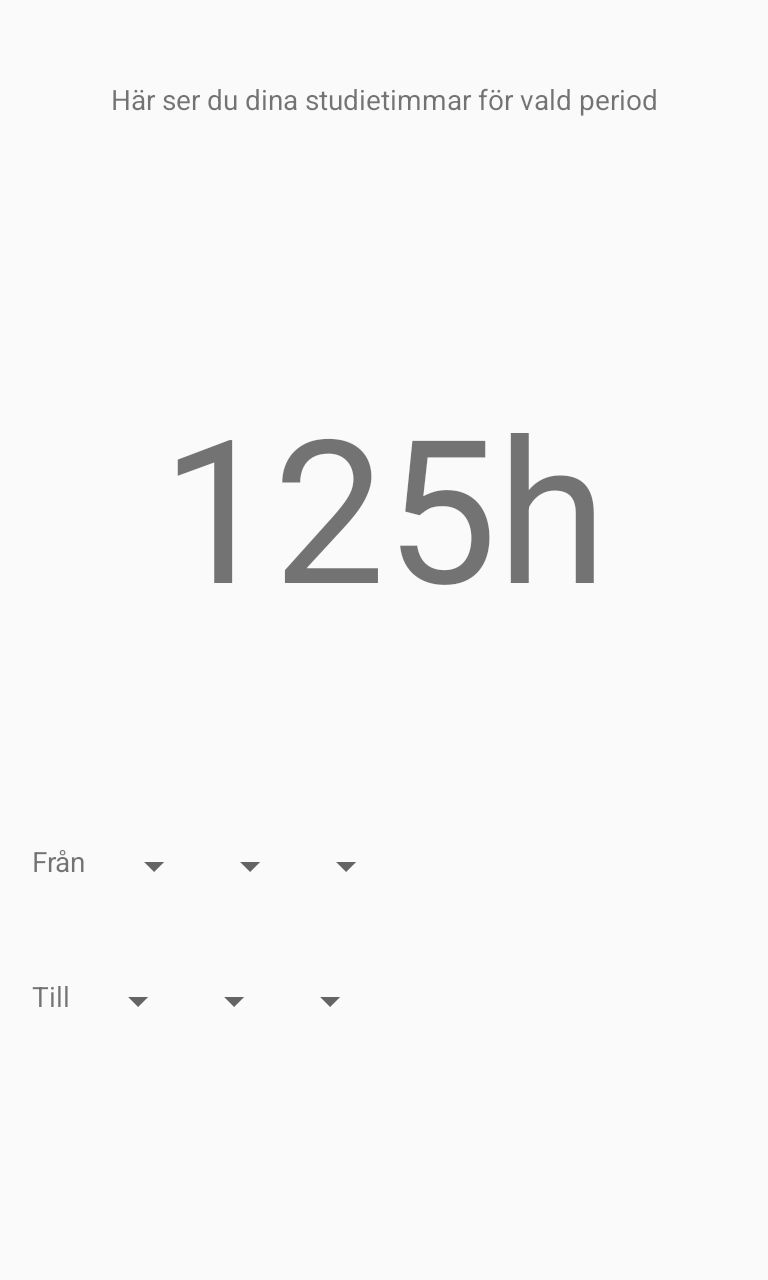
Repository: Dinova/Studiekoll
Layout: Studiekoll/Studiekoll/res/layout/fragment_graph.xml
These files come from the project's save history. The layout is drawn as it stood at one moment and after the next save; the edit follows.
It is drawn on a 768 x 1280 px phone screen (xhdpi) without system bars, with theme AppTheme; the app's code is not run.

Above is the layout before, as saved 2014-05-15 12:12:53.

### Studiekoll/Studiekoll/res/layout/fragment_graph.xml
<LinearLayout xmlns:android="http://schemas.android.com/apk/res/android"
    xmlns:tools="http://schemas.android.com/tools"
    android:layout_width="match_parent"
    android:layout_height="match_parent"
    android:orientation="vertical"
    android:paddingBottom="@dimen/activity_vertical_margin"
    android:paddingLeft="@dimen/activity_horizontal_margin"
    android:paddingRight="@dimen/activity_horizontal_margin"
    android:paddingTop="@dimen/activity_vertical_margin"
    tools:context="com.grupp8DAT255.studiekoll.GraphActivity$PlaceholderFragment" >

    <TextView
        android:layout_width="fill_parent"
        android:layout_height="0dp"
        android:layout_weight="1"
        android:gravity="center_horizontal|center_vertical"
        android:text="@string/message" />

   <!-- HÄR SKA TIMMAR FRÅN DATABAS LÄGGAS IN SOM VISAD TEXT -->

    <TextView
        android:layout_width="fill_parent"
        android:layout_height="0dp"
        android:layout_weight="5"
        android:gravity="center_horizontal|center_vertical"
        android:lines="1"
        android:text="125h"
        android:textSize="100sp" />


    <LinearLayout
        android:layout_width="match_parent"
        android:layout_height="0dp"
        android:layout_weight="1"
        android:orientation="horizontal" >

        <TextView
            android:layout_width="wrap_content"
            android:layout_height="wrap_content"
            android:layout_marginRight="10dp"
            android:text="@string/from_prompt" />

    	<Spinner
	    	android:id="@+id/from_year_spinner"
	    	android:layout_width="wrap_content"
	    	android:layout_height="wrap_content" />

		<Spinner
		    android:id="@+id/from_month_spinner"
		    android:layout_width="wrap_content"
	    	android:layout_height="wrap_content" />

		<Spinner
	    	android:id="@+id/from_day_spinner"
	    	android:layout_width="wrap_content"
	    	android:layout_height="wrap_content" />

	</LinearLayout>

    <LinearLayout
        android:layout_width="wrap_content"
        android:layout_height="0dp"
        android:layout_weight="2" >

		<LinearLayout
	    	android:layout_width="wrap_content"
        	android:layout_height="wrap_content"
        	android:orientation="horizontal" >

	    	<TextView
	        	android:layout_width="wrap_content"
	        	android:layout_height="wrap_content"
	        	android:layout_marginRight="10dp"
	        	android:text="@string/to_prompt" />

			<Spinner
			    android:id="@+id/to_year_spinner"
			    android:layout_width="wrap_content"
			    android:layout_height="wrap_content" />

			<Spinner
		    	android:id="@+id/to_month_spinner"
	    		android:layout_width="wrap_content"
	    		android:layout_height="wrap_content" />

			<Spinner
			    android:id="@+id/to_day_spinner"
		   		android:layout_width="wrap_content"
	    		android:layout_height="wrap_content" />

		</LinearLayout>

		<LinearLayout
	    	android:layout_width="match_parent"
        	android:layout_height="0dp"
        	android:layout_weight="2" >

	    	<Button
	        	android:layout_width="wrap_content"
	        	android:layout_height="wrap_content"
	        	android:text="@string/show_button_text" />

		</LinearLayout>

</LinearLayout>

### Studiekoll/Studiekoll/res/values/strings.xml
<?xml version="1.0" encoding="utf-8"?>
<resources>

    <string name="app_name">Studiekoll</string>
    <string name="action_settings">Settings</string>
    <string name="button_graphics">Graf</string>
    <string name="button_input">Inmatning</string>
    <string name="button_help">Hjälp</string>
    <string name="title_activity_graph">Loggade timmar</string>
    <string name="message">Här ser du dina studietimmar för vald period</string>
    <string name="from_prompt">Från</string>
    <string name="to_prompt">Till</string>
    <string name="show_button_text">Visa</string>

</resources>

Loaded but not shown: Studiekoll/Studiekoll/res/values/styles.xml (common file); Studiekoll/Studiekoll/res/values-v11/styles.xml (common file); Studiekoll/Studiekoll/res/values-v14/styles.xml (common file); Studiekoll/Studiekoll/res/values/dimens.xml (common file); Studiekoll/Studiekoll/res/values-w820dp/dimens.xml (common file)

After the next save:
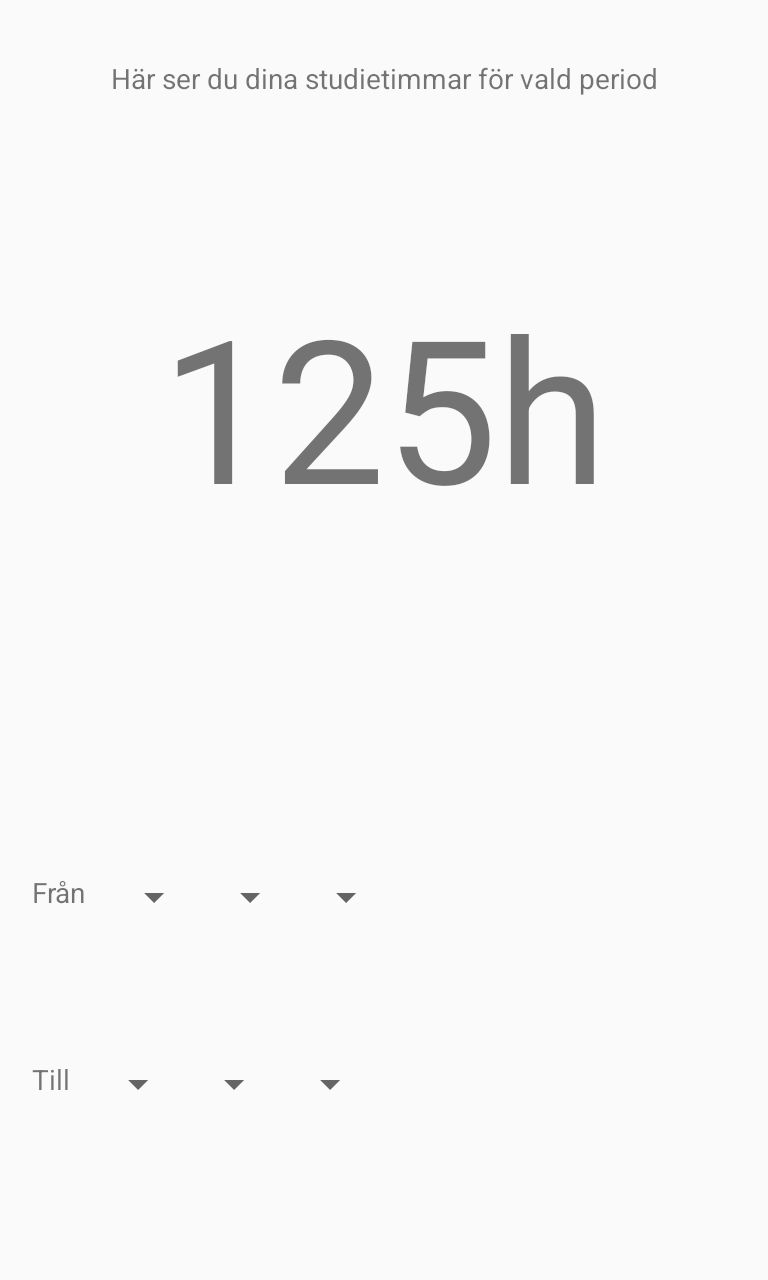
Saved 4 min 13 s later.
--- a/Studiekoll/Studiekoll/res/layout/fragment_graph.xml
+++ b/Studiekoll/Studiekoll/res/layout/fragment_graph.xml
@@ -21,17 +21,23 @@
     <TextView
         android:layout_width="fill_parent"
         android:layout_height="0dp"
-        android:layout_weight="5"
+        android:layout_weight="6"
         android:gravity="center_horizontal|center_vertical"
         android:lines="1"
         android:text="125h"
         android:textSize="100sp" />
 
+    <LinearLayout
+        android:layout_width="wrap_content"
+        android:layout_height="0dp"
+        android:layout_weight="2">
+
+    </LinearLayout>
 
     <LinearLayout
         android:layout_width="match_parent"
         android:layout_height="0dp"
-        android:layout_weight="1"
+        android:layout_weight="2"
         android:orientation="horizontal" >
 
         <TextView
@@ -90,10 +96,7 @@
 
 		</LinearLayout>
 
-		<LinearLayout
-	    	android:layout_width="match_parent"
-        	android:layout_height="0dp"
-        	android:layout_weight="2" >
+		<LinearLayout>
 
 	    	<Button
 	        	android:layout_width="wrap_content"
